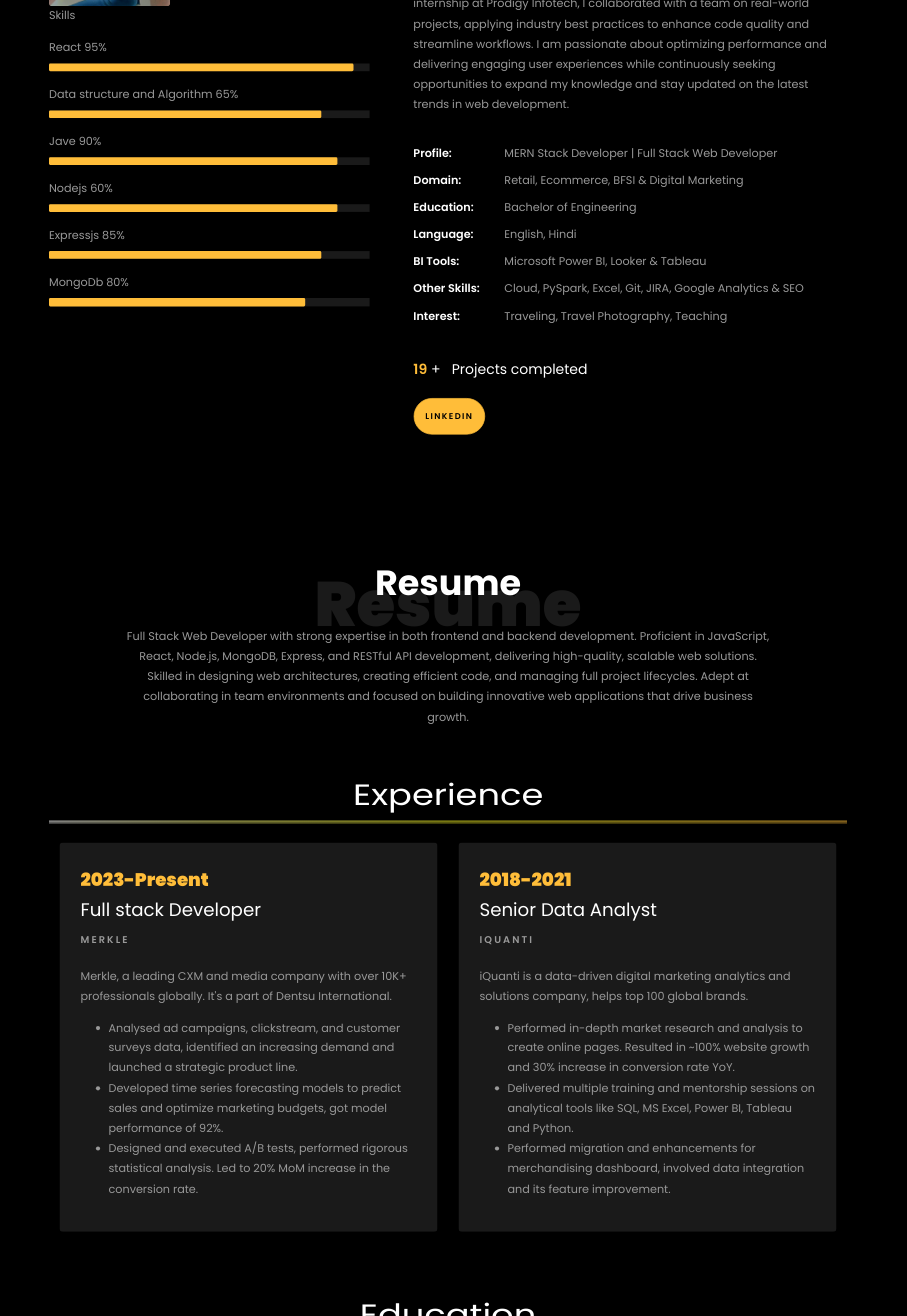
Repository: abp197/portfolio-website
Page: index.html
The author's editor kept a copy of each file at every save. The page is drawn from the files as they stood at one save, then again after the next save.
The browser window is 1280 px wide. The page is 1295 px wide, so the pictures cover 1295 px, including what lies to the right of the window. The pictures show the part of the page from y = 1084 to 2964 px (the page is 6587 px tall before and 6548 px after), at 70% of full size.

Above is the page before, as saved 2024-10-16 00:57:01.
Console error (its wording comes from the project's code and is left out).

After the next save:
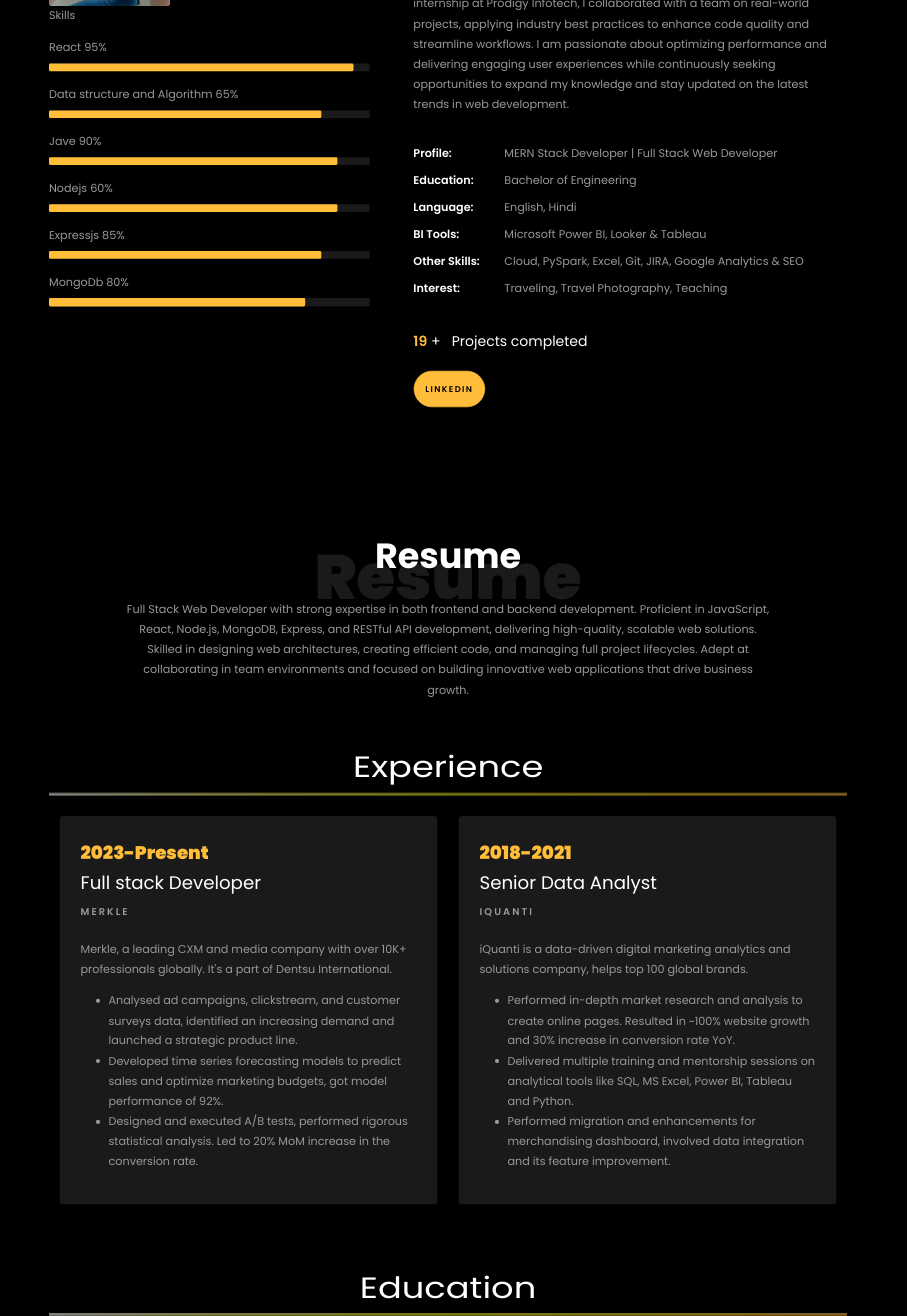
Saved 7 s later.
--- a/index.html
+++ b/index.html
@@ -289,8 +289,7 @@
 								<ul class="about-info mt-4 px-md-0 px-2">
 									<li class="d-flex"><span>Profile:</span> <span>MERN Stack Developer | Full Stack Web Developer</span>
 									</li>
-									<li class="d-flex"><span>Domain:</span> <span>Retail, Ecommerce, BFSI &amp; Digital
-											Marketing</span></li>
+
 									<li class="d-flex"><span>Education:</span> <span>Bachelor of Engineering</span></li>
 									<li class="d-flex"><span>Language:</span> <span>English, Hindi</span></li>
 									<li class="d-flex"><span>BI Tools:</span> <span>Microsoft Power BI, Looker &amp;
